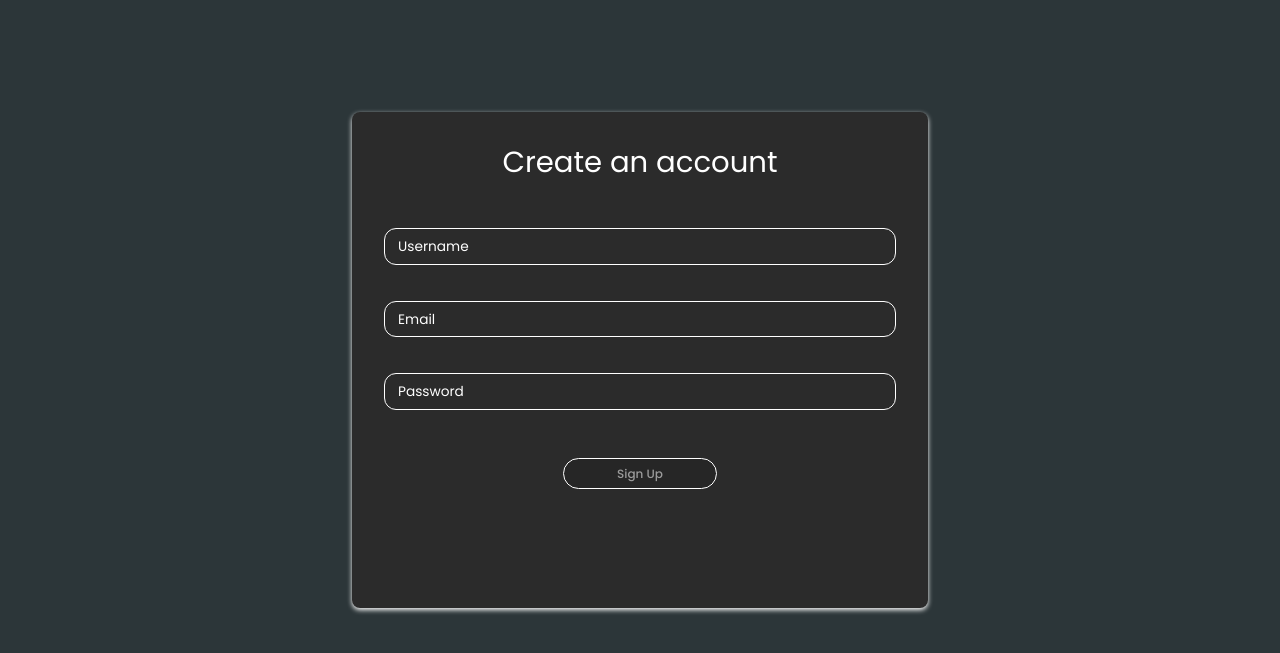
Repository: IzzaSuni/Izza-ToDo
Page: /signUp
An editor plug-in stored every save of this project. The page is shown before and after the next save, followed by the edit.
The browser window is 1280 px wide. The pictures show the whole page.
The project was rebuilt for these pictures with package versions that can differ from the ones it lists, and the page was loaded fresh each time. Also part of the build but not shown: src/App.css, src/services.js, src/utils/isLogin.js, src/components/List.js, src/components/Filter.js, src/components/ohayo.js, src/utils/Query.js, src/components/navbar.js and 4 more.

Above is the page before, as saved 2022-08-19 23:40:48.

### public/index.html
<!DOCTYPE html>
<html lang="en">
  <head>
    <meta charset="utf-8" />
    <link rel="icon" href="%PUBLIC_URL%/AKU.svg" />
    <meta name="viewport" content="width=device-width, initial-scale=1" />
    <meta name="theme-color" content="#000000" />
    <meta name="description" />
    <link rel="apple-touch-icon" href="%PUBLIC_URL%/logo192.png" />
    <!--
      manifest.json provides metadata used when your web app is installed on a
      user's mobile device or desktop. See https://developers.google.com/web/fundamentals/web-app-manifest/
    -->
    <link rel="manifest" href="%PUBLIC_URL%/manifest.json" />
    <!--
      Notice the use of %PUBLIC_URL% in the tags above.
      It will be replaced with the URL of the `public` folder during the build.
      Only files inside the `public` folder can be referenced from the HTML.

      Unlike "/favicon.ico" or "favicon.ico", "%PUBLIC_URL%/favicon.ico" will
      work correctly both with client-side routing and a non-root public URL.
      Learn how to configure a non-root public URL by running `npm run build`.
    -->
    <title>My Notes</title>
  </head>
  <body>
    <noscript>You need to enable JavaScript to run this app.</noscript>
    <div id="root"></div>
    <!--
      This HTML file is a template.
      If you open it directly in the browser, you will see an empty page.

      You can add webfonts, meta tags, or analytics to this file.
      The build step will place the bundled scripts into the <body> tag.

      To begin the development, run `npm start` or `yarn start`.
      To create a production bundle, use `npm run build` or `yarn build`.
    -->
  </body>
</html>

### src/index.js
import React from "react";
import ReactDOM from "react-dom/client";
import "./index.css";
import App from "./App";
import reportWebVitals from "./reportWebVitals";
import { ThemeProvider } from "@mui/material";
import Theme from "./utils/Theme";
const root = ReactDOM.createRoot(document.getElementById("root"));
root.render(
  <ThemeProvider theme={Theme}>
    <React.StrictMode>
      <App />
    </React.StrictMode>
  </ThemeProvider>
);

// If you want to start measuring performance in your app, pass a function
// to log results (for example: reportWebVitals(console.log))
// or send to an analytics endpoint. Learn more: https://bit.ly/CRA-vitals
reportWebVitals();

### src/index.css
@import url("https://fonts.googleapis.com/css2?family=Poppins:ital,wght@0,100;0,200;0,300;0,400;0,500;0,600;0,700;0,800;0,900;1,100;1,200;1,300;1,400;1,500;1,600;1,700;1,800;1,900&display=swap");
body {
  margin: 0;
  font-family: "Poppins", -apple-system, BlinkMacSystemFont, "Segoe UI",
    "Roboto", "Oxygen", "Ubuntu", "Cantarell", "Fira Sans", "Droid Sans",
    "Helvetica Neue", sans-serif;
  -webkit-font-smoothing: antialiased;
  -moz-osx-font-smoothing: grayscale;
  font-smooth: antialiased;
  box-sizing: border-box;
  background-color: #2c3639;
}
button[type="button"] {
  font-size: 10px;
}
svg {
  font-size: 16px !important;
}
code {
  font-family: source-code-pro, Menlo, Monaco, Consolas, "Courier New",
    monospace;
}
#cok:focus-within {
  box-shadow: 0px 1px 0px rgba(0, 0, 0, 0.555);
  transition: all 0.2s;
}
#cok,
#edit {
  box-shadow: 0px;
  transition: all 0.6s;
}
input {
  color: white !important;
  font-family: poppins;
}
textarea {
  color: white !important;
  font-family: poppins;
}
input:-webkit-autofill,
input:-webkit-autofill:hover,
input:-webkit-autofill:focus,
input:-webkit-autofill:active {
  -webkit-box-shadow: 0 0 0 30px #e7f6f2 inset !important;
  box-shadow: 0 0 0 30px #e7f6f2 inset !important;
}
input:disabled {
  -webkit-text-fill-color: black !important;
}
textarea:disabled {
  -webkit-text-fill-color: black !important;
}
#edit:focus-visible {
  box-shadow: 0px 1px 0px rgba(0, 0, 0, 0.555);
  transition: all 0.2s;
}
input#searchBar {
  padding: 4px 8px;
}

.grid {
  display: grid;
  gap: 10px;
  grid-template-columns: repeat(auto-fill, minmax(120px, 1fr));
  grid-template-rows: masonry;
}

.my-masonry-grid {
  display: -webkit-box; /* Not needed if autoprefixing */
  display: -ms-flexbox; /* Not needed if autoprefixing */
  display: flex;
  width: auto;
}
.my-masonry-grid_column {
  /* padding-left: 5px; gutter size */
  background-clip: padding-box;
}

/* Style your items */
.my-masonry-grid_column > div {
  /* change div to reference your elements you put in <Masonry> */
  margin-bottom: 10px;
}

::-webkit-scrollbar {
  width: 6px;
  height: 2px;
}

::-webkit-scrollbar-track {
  box-shadow: inset 0 0 10px transparent;
  border-radius: 10px;
}

/* Handle */
::-webkit-scrollbar-thumb {
  border: 2px solid rgba(0, 0, 0, 0);
  background-clip: padding-box;
  border-radius: 10px;
  background-color: #303030;
}

.shadow {
  box-shadow: 0px 2px 5px white;
}
.MuiPopover-paper {
  background: #2b2b2b !important;
  box-shadow: 0px 2px 5px white !important;
}

/* responsive=============================================================================== */
#mainContainer {
  display: block;
  height: 100vh;
}
@media (max-width: 900px) {
  #mainForm {
    display: none;
  }
  #ohayoSmall {
    text-align: center;
    position: sticky;
    width: 100vw;
  }
  #ohayoBig {
    display: none;
  }

  #listForm {
    width: 100%;
  }
  #buttonAddNotes {
    position: sticky;
    bottom: 0;
    width: 100vw;
    height: 52px !important;
    text-align: center;
    border-radius: 16px 16px 0 0;
  }
}
@media (min-width: 900px) {
  #buttonAddNotes {
    display: none;
  }
  #mainContainer {
    display: block;
  }
  #ohayoSmall {
    display: none;
  }
}

#loginButton:hover {
  background: transparent !important;
}

### src/App.js
import "./App.css";
import Layout from "./components/Layout";
import MainPage from "./components/MainPage";
import { BrowserRouter as Router, Switch, Route } from "react-router-dom";
import Login from "./components/Login";
import CreateAccount from "./components/CreateAccount";
import MainPageLoged from "./components/MainPageLoged";

function App({}) {
  return (
    <div className="App">
      <Router>
        <Switch>
          <Route exact path="/publicNote">
            <Layout>
              <MainPage />
            </Layout>
          </Route>
          <Route path={"/login"}>
            <Layout>
              <Login />
            </Layout>
          </Route>
          <Route path={"/signUp"}>
            <Layout>
              <CreateAccount />
            </Layout>
          </Route>
          <Route exact path={"/publicNote/Private"}>
            <Layout>
              <MainPageLoged />
            </Layout>
          </Route>
          <Route path="*">
            <main style={{ padding: "1rem" }}>
              <p>There's nothing here!</p>
            </main>
          </Route>
        </Switch>
      </Router>
    </div>
  );
}

export default App;

### src/utils/Theme.js
import { green } from "@mui/material/colors";
import { createTheme, ThemeProvider } from "@mui/material/styles";

export const background = "#FCE7E7";
export const Black = "#303030";
export const Green = "#E7F634";
export const Disable = "#97A8A8";

export const Screensize = {
  mobile: 0,
  tablet: 900,
  laptop: 1350,
  desktop: 1700,
};

export const colors = {
  background,
  Black,
  Green,
  Disable,
};
export const theme = createTheme({
  breakpoints: {
    values: {
      mobile: 0,
      tablet: 900,
      laptop: 1350,
      desktop: 1700,
    },
  },
  typography: {
    fontFamily: "Poppins",
    fontSize: 12,
    allVariants: {
      color: "white ",
    },
  },
  components: {
    MuiButton: {
      styleOverrides: {
        root: {
          textTransform: "none",
          fontFamily: "Poppins !important",
        },
      },
    },
  },
});

export default theme;

### src/components/Layout.js
import { Box } from "@mui/material";

const Layout = ({ children }) => {
  return (
    <Box
      height={"100vh"}
      width={`calc("100vw - 32px")`}
      display={"flex"}
      alignItems={"center "}
    >
      {children}
    </Box>
  );
};
export default Layout;

### src/components/CreateAccount.js
import { Box, InputAdornment, Typography } from "@mui/material";
import { makeStyles } from "@mui/styles";
import { useState } from "react";
import { CreateNote, GetNotes, GetUser, UseDoCreateUser } from "../services";
import Input from "./Input";
import {
  createUserWithEmailAndPassword,
  getAuth,
  updateProfile,
} from "firebase/auth";
import Cookies from "universal-cookie";
import bcrypt from "bcryptjs";
import { LoadingButton } from "@mui/lab";
import { useHistory } from "react-router-dom";
const auth = getAuth();
const firebaseConfig = {
  apiKey: "AIzaSyAjZX0rIvNdmRXab8sDlkjihku_Bh4y0jg",
  authDomain: "notes-9e77e.firebaseapp.com",
  projectId: "notes-9e77e",
  storageBucket: "notes-9e77e.appspot.com",
  messagingSenderId: "518427613842",
  appId: "1:518427613842:web:af718e1b48a3b7972be44b",
  measurementId: "G-4QZVSNXS15",
};

const useStyles = makeStyles({
  card: {
    height: "60vh",
    width: "40vw",
    background: "#2B2B2B",
    borderRadius: "8px",
    padding: "32px",
  },
  container: {
    height: "100vh",
    width: "100vw",
    display: "flex",
    justifyContent: "center",
    alignItems: "center",
  },
});

export default function CreateAccount(prop) {
  const classes = useStyles();
  const [msges, setMsg] = useState({ type: "", msg: "" });
  const [loading, setLoading] = useState(false);
  const [checkUn, setCheckUn] = useState(false);
  const [msgCheck, setMsgCheck] = useState();
  const [create, setCreate] = useState({ e: false, u: false, p: false });
  const history = useHistory();
  //check if signed
  const signed = prop.signed;
  if (!signed) {
    localStorage.clear();
  } else {
    history.push("/publicNote");
  }

  //generateErr
  const generateErrEmail = (content, type) => {
    if (type === "email") {
      if (content.length === 0) return " ";
      else if (
        /^\w+([\.-]?\w+)*@\w+([\.-]?\w+)*(\.\w{2,3})+$/.test(content) === false
      )
        return "format e-mail salah ❌";
      else if (content.length > 0 && content.indexOf("@") === -1)
        return "format e-mail salah ❌";
      else return "format e-mail sesuai ✔️";
    } else {
      let format = /[ `!@#$%^&*()_+\-=\[\]{};':"\\|,.<>\/?~]/;
      if (content.length === 0) return "";
      if (content.length > 0 && content.length < 6)
        return "minimal password 6 karakter ❌";
      else if (/[A-Z]/.test(content) === false)
        return "Password wajib terdapat huruf kapital ❌";
      else if (/\d/.test(content) === false)
        return "Password wajib terdapat angka ❌";
      else if (format.test(content) === false)
        return "Password wajib terdapat karakter spesial (!@#$%^&*) ❌";
      else return "Password ✔️";
    }
  };

  //handleSubmit
  const submit = async (e) => {
    setLoading(true);
    e.preventDefault();
    if (create.e === false || create.p == false || create.u === false) {
      console.log("invalid");
      setLoading(false);
      return;
    }
    const userName = e.target[0].value;
    const email = e.target[2].value;
    const passwordOld = e.target[4].value;
    const salt = bcrypt.genSaltSync(10);
    const hash = bcrypt.hashSync(passwordOld, salt);
    await createUserWithEmailAndPassword(auth, email, passwordOld)
      .then((e) => {
        updateProfile(auth.currentUser, {
          displayName: userName,
        })
          .then((ev) => ev)
          .catch((err) => err);
        CreateNote({ username: userName, email: email, password: hash }, "u&p");
        setMsg({ type: "success", msg: "User berhasil dibuat" });
        setCreate({ e: false, u: false, p: false });
        setLoading(false);
        const cookies = new Cookies();
        cookies.set("akikToken", e._tokenResponse.idToken, {
          path: "/",
          maxAge: 43200,
        });
        localStorage.setItem(
          "user",
          JSON.stringify({
            email: email,
            username: e.user.displayName,
          })
        );
      })
      .catch((err) => {
        if (err.code === "auth/email-already-in-use")
          setMsg({ msg: "Maaf email sudah digunakan👀", type: "error" });
        else {
          setMsg({ msg: err.code, type: "error" });
        }
        setCreate({ e: false, u: true, p: true });
        setLoading(false);
        return err;
      });
    return;
  };

  //handleChangeE
  const handleChangeE = (e) => {
    const helperE = document.getElementById("helperEmail");
    const msg = generateErrEmail(e.target.value, "email");
    if (msg === "format e-mail sesuai ✔️") {
      setCreate({ ...create, e: true });
      helperE.style.color = "#7DCE13";
    } else {
      setCreate({ ...create, e: false });
      helperE.style.color = "#D1512D";
    }
    helperE.innerHTML = msg;
  };

  //handleChangeP
  const handleChangeP = (e) => {
    const helperP = document.getElementById("helperPass");
    const msga = generateErrEmail(e.target.value, "pass");
    if (msga === "Password ✔️") {
      setCreate({ ...create, p: true });
      helperP.style.color = "#7DCE13";
    } else {
      setCreate({ ...create, p: false });
      helperP.style.color = "#D1512D ";
    }
    helperP.innerHTML = msga;
  };

  //handleChangeU
  const handleChangeU = async (es) => {
    setCheckUn(true);
    const uName = es.target.value;
    GetUser(uName).then((e) => {
      const helperU = document.getElementById("helperUser");
      const msg =
        e === true ? "Username sudah dipakai ❌" : "Username tersedia ✔️";
      if (msg === "Username tersedia ✔️") {
        setCreate({ ...create, u: true });
        helperU.style.color = "#7DCE13";
      } else {
        setCreate({ ...create, e: false });
        helperU.style.color = "#D1512D ";
      }
      helperU.innerHTML = msg;
      setCheckUn(false);
    });
  };

  //return
  return (
    <Box className={classes.container}>
      <Box className={`${classes.card} shadow`}>
        <Typography textAlign="center" variant={"h4"}>
          Create an account
        </Typography>
        <Box marginY={6}>
          <form onSubmit={submit}>
            <Box>
              <Input
                type="email"
                label={"Username"}
                inputType="text"
                hdlChange={handleChangeU}
                maxchar={15}
                icon={
                  checkUn === true
                    ? {
                        endAdornment: (
                          <InputAdornment position="end">
                            <LoadingButton loading />
                          </InputAdornment>
                        ),
                      }
                    : {}
                }
              />
              <Box height={"12px"} mt={1} pl="14px">
                <Typography id="helperUser"></Typography>
              </Box>
            </Box>

            <Box mt={2}>
              <Input
                type="email"
                label={"Email"}
                inputType="text"
                hdlChange={handleChangeE}
              />
              <Box height={"12px"} mt={1} pl="14px">
                <Typography id="helperEmail"></Typography>
              </Box>
            </Box>

            <Box mt={2}>
              <Input
                type="email"
                label="Password"
                inputType={"password"}
                hdlChange={handleChangeP}
              />
              <Box height={"24px"} my={1} pl="14px">
                <Typography id="helperPass" />
                <Typography id="helperPassStreng" />
              </Box>
            </Box>
            <Box display="flex" justifyContent={"center"} pt={1}>
              <Input
                type={"buttonLoading"}
                loading={loading}
                className={{ width: "30%" }}
                isdisabled={
                  create.e !== true || create.e !== true || create.p !== true
                }
              >
                Sign Up
              </Input>
            </Box>
          </form>
        </Box>
        <Typography textAlign="center">{msges.msg}</Typography>
      </Box>
    </Box>
  );
}

//generate password strength
//   const generatePassStrength = (pass) => {
//     let value = 0;
//     let format = /[ `!@#$%^&*()_+\-=\[\]{};':"\\|,.<>\/?~]/;
//     if (pass.length === 0) value = 0;
//     if (pass.length > 0 && pass.length < 6) value = 0;
//     if (pass.length > 6) value += 1;
//     if (pass.length > 8) value += 1;
//     if (pass.length > 10) value += 1;
//     if (/[A-Z]/.test(pass) === true) value += 1;
//     if (/\d/.test(pass) === true) value += 1;
//     if (format.test(pass) === true) value += 1;
//     if (value === 0) return "";
//     else if (value === 1) return "weak";
//     else if (value === 2) return "good";
//     else if (value === 3) return "good";
//     else if (value === 4) return "good";
//     else if (value === 5) return "excelent";
//     else if (value === 6) return "excelent";
//   };

### src/components/Input.js
import { makeStyles } from "@mui/styles";
import {
  Box,
  Button,
  FormControl,
  InputAdornment,
  InputBase,
  InputLabel,
  MenuItem,
  Select,
  TextField,
  Typography,
} from "@mui/material";
//icons
import EditIcon from "@mui/icons-material/Edit";
import DeleteIcon from "@mui/icons-material/Delete";
import ClearIcon from "@mui/icons-material/Clear";
import DoneIcon from "@mui/icons-material/Done";
import { useState } from "react";
import { LoadingButton } from "@mui/lab";

const useStyles = makeStyles({
  paper: {
    height: "100%",
    width: "20%",
    background: "#E7F6F2 !important",
    borderRadius: "16px",
    overflow: "auto",
  },
  paperList: {
    height: "100%",
    width: "80%",
    flexWrap: "wrap",
    background: "#CEE5D0 !important",
    overflow: "auto",
  },
  Button: {
    "&.MuiButton-root": {
      textTransform: "none !important",
      color: "white",
      background: "transparent ",
      borderRadius: "32px",
      border: "1px solid white",
      padding: "4px 16px",
      "&:hover": {
        background: "#693737",
        color: "white ",
      },
      "&:active": {
        background: "#693737",
        color: "white ",
      },
      "& .MuiLoadingButton-loadingIndicator": {
        color: "white !important",
      },
      "&.Mui-disabled": {
        color: "rgba(255, 255, 255, 0.541)",
      },
    },
  },
  TextField: {
    "&:hover fieldset": {
      borderColor: "#100F0F !important",
      color: "white",
    },
    "& label.Mui-focused": {
      color: "white",
    },
    "& fieldset": {
      borderColor: "white !important",
    },
    "&.Mui-focused fieldset": {
      borderColor: "white !important",
    },
    "& .MuiOutlinedInput-root": {
      borderRadius: "12px !important",
      color: "white",
    },
  },
  TextFields: {
    "& .MuiInputBase-input": {
      padding: "0px !important",
      borderBottom: "1px white dashed !important",
      width: "100%",
    },
  },
  login: {
    "&:hover fieldset": {
      borderColor: "white !important",
    },
    "& label.Mui-focused": {
      color: "black",
    },
    "& fieldset": {
      borderColor: "white !important",
    },
    "&.Mui-focused fieldset": {
      borderColor: "white !important",
    },
    "& .MuiOutlinedInput-root": {
      borderRadius: "12px !important",
    },
  },
  form: {
    justifytitle: "space-between",
    width: ` 100% `,
    marginTop: "32px",
  },
  editForm: { width: "100%", display: "flex", padding: "0px 8px" },
  smallBox: {
    height: "10px",
    width: "10px",
    marginRight: "32px",
    borderRadius: "16px",
    paddingLeft: "16px",
    border: "1px dashed black",
  },
  Menu: {
    "&.MuiMenu-list": {
      background: "#2B2B2B",
      borderRadius: "12px",
      padding: "16px",
      width: "250px",
    },
    "& .MuiMenuItem-root": {
      padding: "0px",
    },
  },
});

export default function Input({
  type,
  select,
  hdlChange,
  children,
  defVal,
  hdlEdit,
  onClickBtn,
  color,
  className,
  label,
  placeholder,
  inputType,
  loading,
  maxchar,
  isdisabled,
  icon,
  id,
}) {
  const [anchorEl, setAnchorEl] = useState(null);

  const renderButton = ({ value, type }) => {
    return type === "delete" ? (
      value.isedit ? (
        <>
          <DoneIcon />
        </>
      ) : (
        <>
          <DeleteIcon />
        </>
      )
    ) : value.isedit ? (
      <>
        <ClearIcon sx={{ ml: 1 }} />
      </>
    ) : (
      <>
        <EditIcon sx={{ ml: 1 }} />
      </>
    );
  };

  const classes = useStyles();
  const renderInput = () => {
    switch (type) {
      case "text":
        return (
          <TextField
            size={"small"}
            label={"Title"}
            placeholder="Type the title here"
            className={classes.TextField}
            required
            inputProps={{ maxLength: "20" }}
            sx={{ width: "100%", marginBottom: 3 }}
          />
        );
      case "email":
        return (
          <TextField
            size={"small"}
            label={label}
            placeholder={label}
            className={classes.login}
            type={inputType}
            inputProps={{ maxLength: maxchar }}
            InputProps={icon}
            sx={{
              width: "100%",
              marginBottom: 3,
              "&.MuiFormControl-root": {
                marginBottom: 0,
              },
              "& .Mui-focused": {
                color: "white !important",
              },
            }}
            onChange={hdlChange}
          />
        );
      case "multiline":
        return (
          <TextField
            label={"Description"}
            size={"medium"}
            placeholder="Type the description here"
            className={classes.TextField}
            multiline
            sx={{ width: "100%", marginBottom: 3, borderRadius: 12 }}
          />
        );
      case "select":
        return (
          <FormControl
            fullWidth
            className={`${classes.TextField} `}
            sx={{
              marginBottom: "24px",
            }}
            id="kontol"
          >
            <InputLabel id="catLabel">Select Category</InputLabel>
            <Select
              id="catuu"
              label="Select Category"
              onChange={hdlChange}
              defaultChecked={false}
              required
              className={`${classes.Menu}`}
            >
              <MenuItem value={"Reminder"} disabled>
                Select a category
              </MenuItem>
              <MenuItem value={"Work"}>Work</MenuItem>
              <MenuItem value={"To do"}>To do</MenuItem>
              <MenuItem value={"Money"}>Money</MenuItem>
              <MenuItem value={"Reminder"}>Reminder</MenuItem>
              <MenuItem value={"Assignment"}>Task</MenuItem>
              <MenuItem value={"Study"}>Study</MenuItem>
            </Select>
          </FormControl>
        );

      case "button":
        return (
          <Button
            disableRipple
            type="submit"
            variant="contained"
            className={classes.Button}
            sx={className}
          >
            {children}
          </Button>
        );
      case "buttonLoading":
        return (
          <LoadingButton
            disableRipple
            type="submit"
            variant="contained"
            loading={loading}
            className={classes.Button}
            sx={className}
            disabled={isdisabled}
            loadingPosition="end"
          >
            {children}
          </LoadingButton>
        );
      case "buttonCustom":
        return (
          <Button
            disableRipple
            type="button"
            onClick={onClickBtn}
            className={`${classes.Button}`}
            id={id}
            style={className}
          >
            {children}
          </Button>
        );

      case "editTitle":
        return (
          <InputBase
            defaultValue={defVal.title}
            onChange={hdlEdit}
            className={classes.TextFields}
            disabled={defVal.isedit === true ? false : true}
            sx={{
              fontSize: "16px !important",
            }}
          />
        );
      case "editDesc":
        return (
          <InputBase
            sx={{
              width: "100%",
              padding: "0px !important",
              mt: 2,
              lineHeight: "18px",
            }}
            defaultValue={defVal.desc}
            onChange={hdlEdit}
            className={classes.TextFields}
            disabled={defVal.isedit === true ? false : true}
            multiline
          />
        );
      case "divider":
        return (
          <Box
            height={"1px"}
            width="100%"
            bgcolor={"#CEE5D0"}
            mx={2}
            variant="middle"
            alignSelf={"center "}
          />
        );
      default:
        break;
    }
  };
  return renderInput();
}

Loaded but not shown: src/reportWebVitals.js (common file)

After the next save:
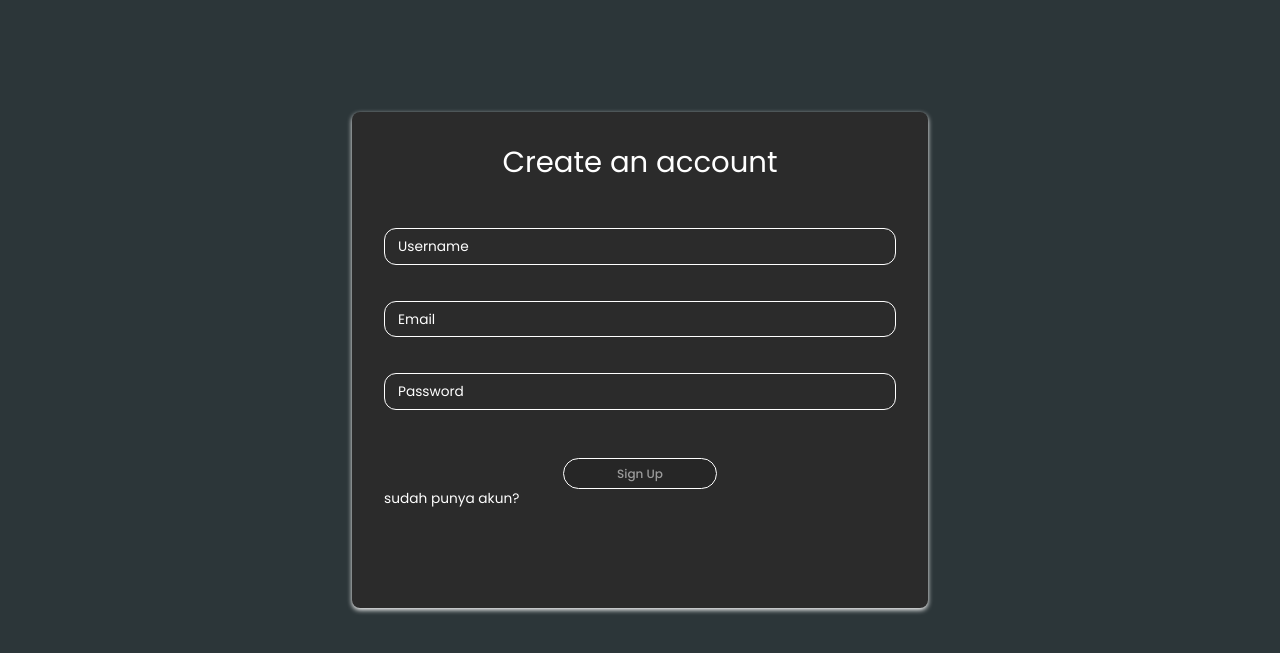
Saved 18 min 38 s later.
--- a/src/components/CreateAccount.js
+++ b/src/components/CreateAccount.js
@@ -250,6 +250,9 @@ export default function CreateAccount(prop) {
                 Sign Up
               </Input>
             </Box>
+            <Box>
+              <Typography>sudah punya akun?</Typography>
+            </Box>
           </form>
         </Box>
         <Typography textAlign="center">{msges.msg}</Typography>
